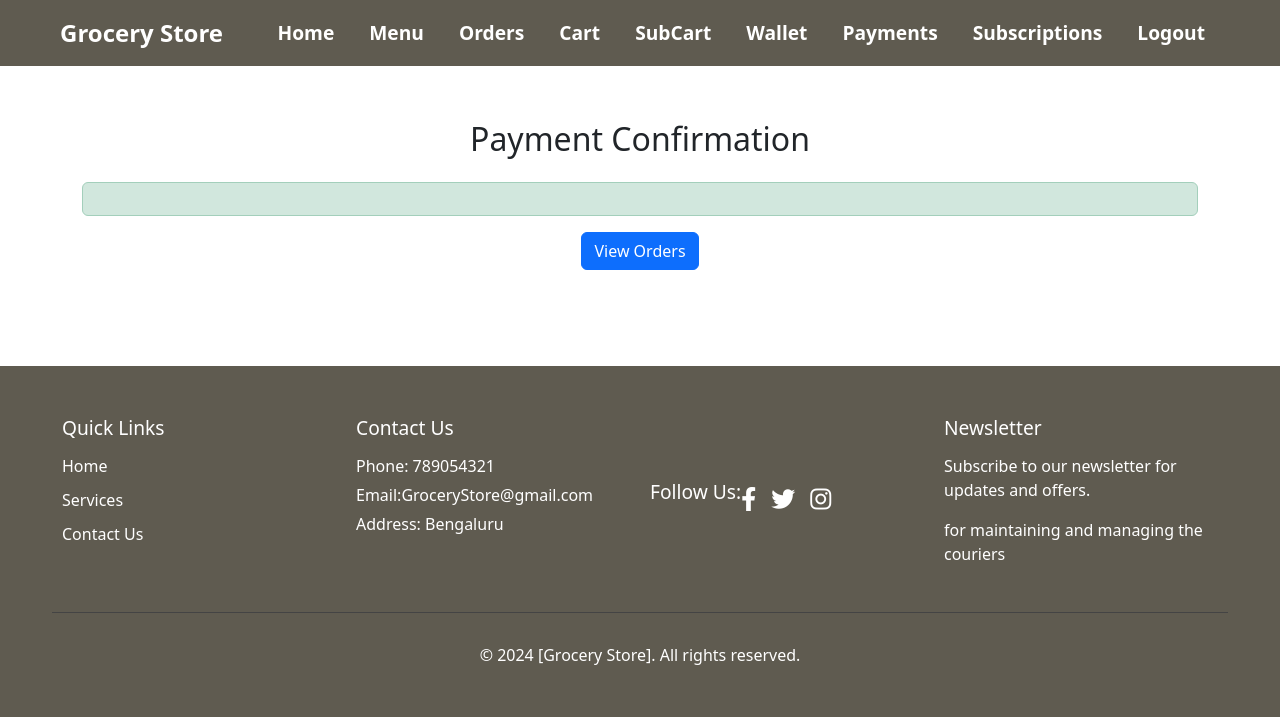
Repository: NagaMounikaY/GroceriesSubscriptionBookingManagement
Page: http://localhost/GroceriesSubBookingSystem/WEB-INF/views/paymentConfirmation.jsp
These files come from the project's save history. The page is drawn as it stood at one moment and after the next save; the edit follows.
The browser window is 1280 px wide. The pictures show the whole page.
The page is served by Tomcat 9. Nobody is signed in. The template is opened directly, without the code that normally fills it, so the values that code supplies are empty.

Above is the page before, as saved 2024-09-14 11:40:34.

After the next save:
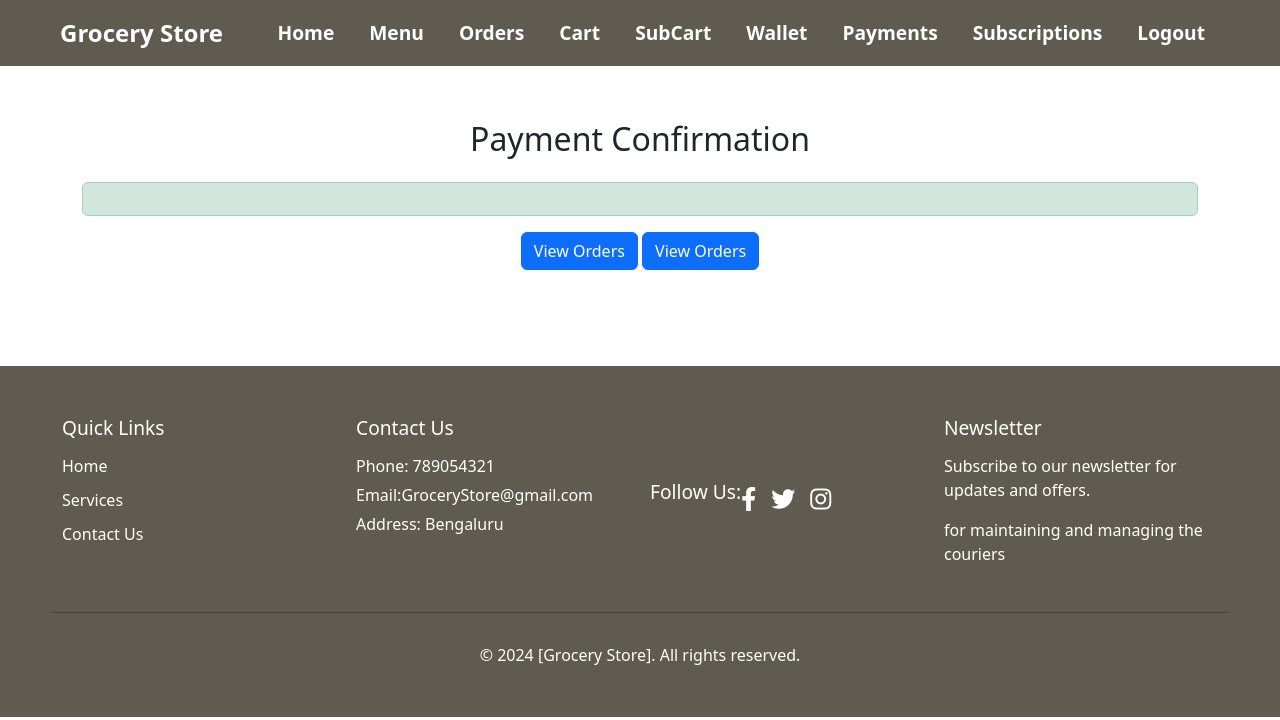
Saved 4 min 49 s later.
--- a/GroceriesSubBookingSystem/src/main/webapp/WEB-INF/views/paymentConfirmation.jsp
+++ b/GroceriesSubBookingSystem/src/main/webapp/WEB-INF/views/paymentConfirmation.jsp
@@ -19,6 +19,7 @@
         </div>
         <div class="text-center">
             <a href="${pageContext.request.contextPath}/orders/viewOrders" class="btn btn-primary">View Orders</a>
+            <a href="${pageContext.request.contextPath}/subscription/viewsubscriptions" class="btn btn-primary">View Orders</a>
         </div>
     </div>
     <br><br><br><br>
